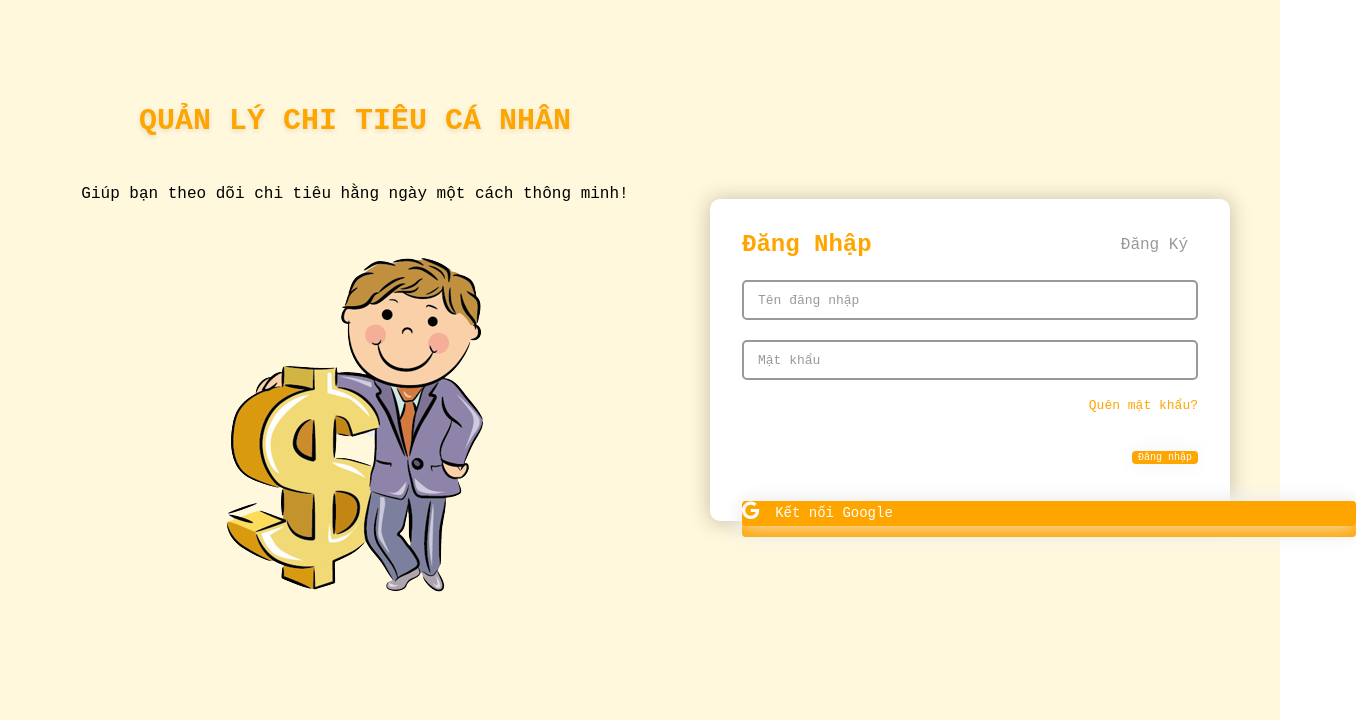
Repository: ximvhs/sochitieu
Page: html/start.html
The author's editor kept a copy of each file at every save. The page is drawn from the files as they stood at one save, then again after the next save.
The browser window is 1280 px wide. The page is 1356 px wide, then 1280 px, so the pictures cover 1356 px, including what lies to the right of the window. The pictures show the whole page.
Some web fonts or font styles are not loaded; a fallback is used.

Above is the page before, as saved 2023-04-06 17:26:24.

### html/start.html
<!DOCTYPE html>
<html lang="en">
<head>
    <meta charset="UTF-8">
    <meta name="viewport" content="width=device-width, initial-scale=1.0">
    <title>Đăng nhập</title>
    <link rel="stylesheet" href="/assets/css/login.css">
    <link rel="stylesheet" href="/assets/css/grid.css">
    <link rel="stylesheet" href="/assets/css/resets.css">
    <link rel="stylesheet" href="/assets/css/responsive.css">
    <link rel="stylesheet" href="/assets/css/base.css">
    <link rel="stylesheet" href="https://fonts.googleapis.com/css2?family=Material+Symbols+Outlined:opsz,wght,FILL,GRAD@20..48,100..700,0..1,-50..200" />
    <link rel="preconnect" href="https://fonts.googleapis.com">
    <link rel="preconnect" href="https://fonts.gstatic.com" crossorigin>
    <link href="https://fonts.googleapis.com/css2?family=Dongle:wght@700&display=swap" rel="stylesheet">
    <link rel="preconnect" href="https://fonts.gstatic.com">
    <link href="https://fonts.googleapis.com/css2?family=Open+Sans:ital,wght@0,400;0,600;0,700;0,800;1,400&display=swap"
    rel="stylesheet">
    <link rel="stylesheet" href="https://cdnjs.cloudflare.com/ajax/libs/font-awesome/6.4.0/css/all.min.css" integrity="sha512-iecdLmaskl7CVkqkXNQ/ZH/XLlvWZOJyj7Yy7tcenmpD1ypASozpmT/E0iPtmFIB46ZmdtAc9eNBvH0H/ZpiBw==" crossorigin="anonymous" referrerpolicy="no-referrer" />
</head>
<body>
    <form action="">
        <div class="modal js-show_login">
                <div class="modal__body">
                    <div class="auth-form--left">
                        <H1>QUẢN LÝ CHI TIÊU CÁ NHÂN</H1>
                        <p>Giúp bạn theo dõi chi tiêu hằng ngày một cách thông minh!</p>
                        <img src="/img/logo-login.png" alt="">
                    </div>
                    <div class="auth-form--right js-auth-form">
                        <div class="auth-form__container">
                            <div class="auth-form__header">
                                <h3 class="auth-form__heading">Đăng Nhập</h3>
                                <span class="auth-form__switch-btn js-register">Đăng Ký</span>
                            </div>

                            <div class="auth-form__form">
                                <div class="auth-form__group">
                                    <input type="text" id="emaillogin" class="auth-form__input" required placeholder=" ">
                                    <div class="form-label">Tên đăng nhập</div>
                                </div>
                                <div class="auth-form__group">
                                    <input type="password" id="passlogin" class="auth-form__input" required placeholder=" ">
                                    <div class="form-label">Mật khẩu</div>
                                </div>
                            </div>

                            <div class="auth-form__aside">
                                <p class="auth-form__policy-text">
                                    <a href="#" class="auth-form__text-link">Quên mật khẩu?</a>
                                </p>
                            </div>

                            <div class="auth-form__controls">
                                <button class="btn__login btn--normal btn--primary" id="btnlogin">Đăng nhập</button>
                            </div>

                            <div class="auth-form__socials">
                                <a href="#" class="auth-form__socials--facebook btn__login btn--size-s btn--with-icon">
                                    <i class="auth-form__socials-icon fab fa-facebook-square"></i>
                                    <span class="auth-form__socials-text">Kết nối Facebook</span>
                                </a>
                                <a href="#" class="auth-form__socials--google btn__login btn--size-s btn--with-icon">
                                    <i class="auth-form__socials-icon fab fa-google"></i>
                                    <span class="auth-form__socials-text">Kết nối Google</span>
                                </a>
                            </div>
                        </div>

                    </div>
                </div>
        </div>
    </form>

    <form action="">
        <div class="modal_register js-show_register">
                <div class="modal__body_register">
                     <div class="auth-form js-auth-form">
                        <div class="auth-form__container">
                            <div class="auth-form__header">
                                <h3 class="auth-form__heading">Đăng ký</h3>
                                <i class="fa-solid fa-xmark auth-form__heading--close js-close"></i>
                            </div>

                            <div class="auth-form__form">
                                <div class="auth-form__group">
                                    <input type="text" class="auth-form__input" required placeholder=" ">
                                    <div class="form-label">Họ và tên</div>
                                </div>
                                <div class="auth-form__group">
                                    <input type="date" class="auth-form__input" required placeholder=" ">
                                    <div class="form-label">Ngày sinh nhật</div>
                                </div>
                                <div class="auth-form__group_sex">
                                    <div class="list__sex">
                                        <div class="form-label">Nam</div>
                                        <input type="checkbox" class="auth-form__input-radio" required placeholder=" ">
                                    </div>
                                    <div class="list__sex">
                                        <div class="form-label">Nữ</div>
                                        <input type="checkbox" class="auth-form__input-radio" required placeholder=" ">
                                    </div>
                                </div>
                                <div class="auth-form__group">
                                    <input type="text" class="auth-form__input" required placeholder=" ">
                                    <div class="form-label">Tên đăng nhập</div>
                                </div>
                                <div class="auth-form__group">
                                    <input type="password" class="auth-form__input" required placeholder=" ">
                                    <div class="form-label">Mật khẩu</div>
                                </div>
                                <div class="auth-form__group">
                                    <input type="password" class="auth-form__input" required placeholder=" ">
                                    <div class="form-label">Nhập lại mật khẩu</div>
                                </div>
                            </div>

                            <div class="auth-form__aside">
                                <p class="auth-form__policy-text">
                                    Bằng việc đăng ký, bạn đã đồng ý với chúng tôi về
                                    <a href="#" class="auth-form__text-link">Điều khoản dịch vụ</a> &
                                    <a href="#" class="auth-form__text-link">Chính sách bảo mật</a>
                                </p>
                            </div>
                            <div class="auth-form__controls">
                                <button class="btn btn--normal btn--primary">ĐĂNG KÝ</button>
                            </div>
                        </div>

                    </div>
                </div>
        </div>
    </form>

   <script src="/js/start.js"></script>
</body>

</html>

### assets/css/login.css
.modal {
    background-color: var(--primary-color);
    height: 100vh;
}

.modal__body {
    height: 100vh;
    display: flex;
    justify-content: space-between;
    align-items: center;

}

.auth-form--left {
    height: 100vh;
    display: flex;
    justify-content: center;
    align-items: center;
    flex-direction: column;
    flex: 1;
}

.auth-form--left h1 {
    width: 100%;
    text-align: center;
    padding: 0;
    margin-top: 32px;
    font-size: 30px;
    color: var(--secondary-color);
    text-shadow: 0 2px 5px #33333323;
}

.auth-form--left p {
    width: 100%;
    text-align: center;
    padding: 0;
    margin-top: 32px;
    font-size: 16px;
    /* color: var(--secondary-color);
    text-shadow: 0 2px 5px #33333323; */
}



/* modal */
.itemhd button {
    height: 35px;
    width: 90px;
    margin-left: 10px;
    cursor: pointer;
    background-color: var(--secondary-color);
    border: none;
    border-radius: var(--border-box);
    padding: 5px;
    color: white;
    font-size: 14px;
    font-weight: 700;
}

.itemhd button:hover {
    opacity: 0.8;
}

.auth-form--right {
    margin-right: 50px ;
    width: 520px;
    background-color: white;
    border-radius: 10px;
    overflow: hidden;
    min-width: 40px;
    box-shadow: 0 1px 20px 2px rgb(0 0 0 / 20%);
}

.auth-form__container {
    padding: 12px  32px 20px 32px;
}

.auth-form__header {
    display: flex;
    justify-content: space-between;
    align-items: center;
}

.auth-form__heading {
    font-size: 24px;
    color: var(--secondary-color);
}

.auth-form__switch-btn {
    font-size: 16px;
    padding: 10px;
    color: var(--border-color);
}

.auth-form__switch-btn:hover {
    cursor: pointer;
    opacity: 0.7;
}

.auth-form__form input {
    width: 100%;
    height: 40px;
    padding: 12px;
    margin-bottom: 20px;
    border: solid 2px var(--border-color);
    outline: none;
    transition: all 0.5s ease;
    border-radius: 5px;
}

.auth-form__form input:focus {
    border: solid 2px var(--secondary-color);
}

.auth-form__group {
    position: relative;
}


.auth-form__group .form-label {
    position: absolute;
    font-size: 13px;
    color: var(--border-color);
    top: 35%;
    left: 16px;
    transform: translate(0,-50%);
    pointer-events: none;
    transition: all 0.3s ease;
    z-index: 1;
}

.auth-form__group .auth-form__input:not(:placeholder-shown) +.form-label,
.auth-form__group .auth-form__input:focus +.form-label {
    position: absolute;
    top: 0;
    left: 8px;
    display: inline-block;
    padding: 2px 10px;
    color: var(--secondary-color);
    font-size: 12px;
    z-index: 2;
    background-color: white;
}

.auth-form__text-link {
    text-decoration: none;
    color: var(--secondary-color);
}

.auth-form__text-link:hover {
    opacity: 0.7;
}


.auth-form__controls {
    display: flex;
    justify-content: right;
    height: 50px;
    width: 100%;
}

.auth-form__aside {
    float: right;
    margin: 10px 0 14px 0;
}

.auth-form__aside a:hover {
    color: var(--secondary-color);
    cursor: pointer;
}

.auth-form__policy-text {
    margin: -14px 0 20px 0;
    transition: all 0.3s ease;
}

.auth-form__controls .btn {
    width: 100%;
    height: 38px;
    letter-spacing: 2px;
    font-size: 14px;
    padding: 0 12px;
    border: none;
    border-radius: 3px;
    text-decoration: none;
    display: inline-flex;
    justify-content: center;
    align-items: center;
    cursor: pointer;
}

.auth-form__socials {
    width: 100%;
    display: flex;
    justify-content: space-between;

}

.auth-form__socials--facebook {
    width: 48%;
    height: 36px;
    display: flex;
    justify-content: center;
    align-items: center;
}

.auth-form__socials--google {
    width: 48%;
    display: flex;
    justify-content: center;
    align-items: center;
}

.auth-form__socials-icon {
    font-size: 18px;
    margin-right: 10px;
}

.auth-form__socials-text {
    font-size: 14px;
}

.modal_register {
    position: fixed;
    z-index: 3;
    background-color: rgba(0, 0, 0, 0.5);
    top: 0;
    bottom: 0;
    right: 0;
    left: 0;
    display: none;
    animation: fadeIn linear 0.1s;
    /* display: flex; */
}


.modal__body_register {
    position: relative;
    margin: auto;
}

.auth-form {
    width: 500px;
    background-color: white;
    border-radius: 5px;
    overflow: hidden;
    min-width: 20px;
    box-shadow: 0 0 12px rgb(0 0 0 / 70%);
    animation: Slide ease 0.5s;
}

.auth-form__group_sex {
    display: flex;
    /* justify-content:space-between; */
    align-items: center;
    margin-bottom: 4px ;
}

.auth-form__group_sex .list__sex .auth-form__input-radio {
    height: 20px;
    width: 20px;
    margin-bottom: 12px ;
}

.list__sex {
    display: flex;
    justify-content: center;
    align-items: center;
}

.list__sex:nth-child(1) {
    margin-left: 16px;
}

.list__sex:nth-child(2) {
    margin-left: 50px;
}

.js-show_register.open.modal_register {
    display: flex;
    justify-content: center;
    align-items: center;
    opacity: 1;
}

.auth-form__heading--close {
    font-size: 30px;
    color: var(--secondary-color);
    padding: 5px;
}

.auth-form__heading--close:hover {
    opacity: 0.7;
    cursor: pointer;
}

### assets/css/grid.css
.grid {
    width: 100%;
    display: block;
    padding: 0;
}

.grid.wide {
    max-width: 1200px;
    margin: 0 auto;
}

.row {
    display: flex;
    flex-wrap: wrap;
    margin-left: -4px;
    margin-right: -4px;
}

.row.no-gutters {
    margin-left: 0;
    margin-right: 0;
}

.col {
    padding-left: 4px;
    padding-right: 4px;
}

.row.no-gutters .col {
    padding-left: 0;
    padding-right: 0;
}

.c-0 {
    display: none;
}

.c-1 {
    flex: 0 0 8.33333%;
    max-width: 8.33333%;
}

.c-2 {
    flex: 0 0 16.66667%;
    max-width: 16.66667%;
}

.c-3 {
    flex: 0 0 25%;
    max-width: 25%;
}

.c-4 {
    flex: 0 0 33.33333%;
    max-width: 33.33333%;
}

.c-5 {
    flex: 0 0 41.66667%;
    max-width: 41.66667%;
}

.c-6 {
    flex: 0 0 50%;
    max-width: 50%;
}

.c-7 {
    flex: 0 0 58.33333%;
    max-width: 58.33333%;
}

.c-8 {
    flex: 0 0 66.66667%;
    max-width: 66.66667%;
}

.c-9 {
    flex: 0 0 75%;
    max-width: 75%;
}

.c-10 {
    flex: 0 0 83.33333%;
    max-width: 83.33333%;
}

.c-11 {
    flex: 0 0 91.66667%;
    max-width: 91.66667%;
}

.c-12 {
    flex: 0 0 100%;
    max-width: 100%;
}

.c-o-1 {
    margin-left: 8.33333%;
}

.c-o-2 {
    margin-left: 16.66667%;
}

.c-o-3 {
    margin-left: 25%;
}

.c-o-4 {
    margin-left: 33.33333%;
}

.c-o-5 {
    margin-left: 41.66667%;
}

.c-o-6 {
    margin-left: 50%;
}

.c-o-7 {
    margin-left: 58.33333%;
}

.c-o-8 {
    margin-left: 66.66667%;
}

.c-o-9 {
    margin-left: 75%;
}

.c-o-10 {
    margin-left: 83.33333%;
}

.c-o-11 {
    margin-left: 91.66667%;
}

/* >= Tablet */
@media (min-width: 740px) {
    .row {
        margin-left: -8px;
        margin-right: -8px;
    }

    .col {
        padding-left: 8px;
        padding-right: 8px;
    }

    .m-0 {
        display: none;
    }

    .m-1,
    .m-2,
    .m-3,
    .m-4,
    .m-5,
    .m-6,
    .m-7,
    .m-8,
    .m-9,
    .m-10,
    .m-11,
    .m-12 {
        display: block;
    }

    .m-1 {
        flex: 0 0 8.33333%;
        max-width: 8.33333%;
    }

    .m-2 {
        flex: 0 0 16.66667%;
        max-width: 16.66667%;
    }

    .m-3 {
        flex: 0 0 25%;
        max-width: 25%;
    }

    .m-4 {
        flex: 0 0 33.33333%;
        max-width: 33.33333%;
    }

    .m-5 {
        flex: 0 0 41.66667%;
        max-width: 41.66667%;
    }

    .m-6 {
        flex: 0 0 50%;
        max-width: 50%;
    }

    .m-7 {
        flex: 0 0 58.33333%;
        max-width: 58.33333%;
    }

    .m-8 {
        flex: 0 0 66.66667%;
        max-width: 66.66667%;
    }

    .m-9 {
        flex: 0 0 75%;
        max-width: 75%;
    }

    .m-10 {
        flex: 0 0 83.33333%;
        max-width: 83.33333%;
    }

    .m-11 {
        flex: 0 0 91.66667%;
        max-width: 91.66667%;
    }

    .m-12 {
        flex: 0 0 100%;
        max-width: 100%;
    }

    .m-o-1 {
        margin-left: 8.33333%;
    }

    .m-o-2 {
        margin-left: 16.66667%;
    }

    .m-o-3 {
        margin-left: 25%;
    }

    .m-o-4 {
        margin-left: 33.33333%;
    }

    .m-o-5 {
        margin-left: 41.66667%;
    }

    .m-o-6 {
        margin-left: 50%;
    }

    .m-o-7 {
        margin-left: 58.33333%;
    }

    .m-o-8 {
        margin-left: 66.66667%;
    }

    .m-o-9 {
        margin-left: 75%;
    }

    .m-o-10 {
        margin-left: 83.33333%;
    }

    .m-o-11 {
        margin-left: 91.66667%;
    }
}

/* PC medium resolution > */
@media (min-width: 1113px) {
    .row {
        margin-left: -12px;
        margin-right: -12px;
    }

    .row.sm-gutter {
        margin-left: -5px;
        margin-right: -5px;
    }

    .col {
        padding-left: 12px;
        padding-right: 12px;
    }

    .row.sm-gutter .col {
        padding-left: 5px;
        padding-right: 5px;
    }

    .l-0 {
        display: none;
    }

    .l-1,
    .l-2,
    .l-2-4,
    .l-3,
    .l-4,
    .l-5,
    .l-6,
    .l-7,
    .l-8,
    .l-9,
    .l-10,
    .l-11,
    .l-12 {
        display: block;
    }

    .l-1 {
        flex: 0 0 8.33333%;
        max-width: 8.33333%;
    }

    .l-2 {
        flex: 0 0 16.66667%;
        max-width: 16.66667%;
    }

    .l-2-4 {
        flex: 0 0 20%;
        max-width: 20%;
    }

    .l-3 {
        flex: 0 0 25%;
        max-width: 25%;
    }

    .l-4 {
        flex: 0 0 33.33333%;
        max-width: 33.33333%;
    }

    .l-5 {
        flex: 0 0 41.66667%;
        max-width: 41.66667%;
    }

    .l-6 {
        flex: 0 0 50%;
        max-width: 50%;
    }

    .l-7 {
        flex: 0 0 58.33333%;
        max-width: 58.33333%;
    }

    .l-8 {
        flex: 0 0 66.66667%;
        max-width: 66.66667%;
    }

    .l-9 {
        flex: 0 0 75%;
        max-width: 75%;
    }

    .l-10 {
        flex: 0 0 83.33333%;
        max-width: 83.33333%;
    }

    .l-11 {
        flex: 0 0 91.66667%;
        max-width: 91.66667%;
    }

    .l-12 {
        flex: 0 0 100%;
        max-width: 100%;
    }

    .l-o-1 {
        margin-left: 8.33333%;
    }

    .l-o-2 {
        margin-left: 16.66667%;
    }

    .l-o-3 {
        margin-left: 25%;
    }

    .l-o-4 {
        margin-left: 33.33333%;
    }

    .l-o-5 {
        margin-left: 41.66667%;
    }

    .l-o-6 {
        margin-left: 50%;
    }

    .l-o-7 {
        margin-left: 58.33333%;
    }

    .l-o-8 {
        margin-left: 66.66667%;
    }

    .l-o-9 {
        margin-left: 75%;
    }

    .l-o-10 {
        margin-left: 83.33333%;
    }

    .l-o-11 {
        margin-left: 91.66667%;
    }
}

/* Tablet - PC low resolution */
@media (min-width: 740px) and (max-width: 1023px) {
    .wide {
        width: 644px;
    }
}

/* > PC low resolution */
@media (min-width: 1024px) and (max-width: 1239px) {
    .wide {
        width: 984px;
    }

    .wide .row {
        margin-left: -12px;
        margin-right: -12px;
    }

    .wide .row.sm-gutter {
        margin-left: -5px;
        margin-right: -5px;
    }

    .wide .col {
        padding-left: 12px;
        padding-right: 12px;
    }

    .wide .row.sm-gutter .col {
        padding-left: 5px;
        padding-right: 5px;
    }

    .wide .l-0 {
        display: none;
    }

    .wide .l-1,
    .wide .l-2,
    .wide .l-2-4,
    .wide .l-3,
    .wide .l-4,
    .wide .l-5,
    .wide .l-6,
    .wide .l-7,
    .wide .l-8,
    .wide .l-9,
    .wide .l-10,
    .wide .l-11,
    .wide .l-12 {
        display: block;
    }

    .wide .l-1 {
        flex: 0 0 8.33333%;
        max-width: 8.33333%;
    }

    .wide .l-2 {
        flex: 0 0 16.66667%;
        max-width: 16.66667%;
    }

    .wide .l-2-4 {
        flex: 0 0 20%;
        max-width: 20%;
    }

    .wide .l-3 {
        flex: 0 0 25%;
        max-width: 25%;
    }

    .wide .l-4 {
        flex: 0 0 33.33333%;
        max-width: 33.33333%;
    }

    .wide .l-5 {
        flex: 0 0 41.66667%;
        max-width: 41.66667%;
    }

    .wide .l-6 {
        flex: 0 0 50%;
        max-width: 50%;
    }

    .wide .l-7 {
        flex: 0 0 58.33333%;
        max-width: 58.33333%;
    }

    .wide .l-8 {
        flex: 0 0 66.66667%;
        max-width: 66.66667%;
    }

    .wide .l-9 {
        flex: 0 0 75%;
        max-width: 75%;
    }

    .wide .l-10 {
        flex: 0 0 83.33333%;
        max-width: 83.33333%;
    }

    .wide .l-11 {
        flex: 0 0 91.66667%;
        max-width: 91.66667%;
    }

    .wide .l-12 {
        flex: 0 0 100%;
        max-width: 100%;
    }

    .wide .l-o-1 {
        margin-left: 8.33333%;
    }

    .wide .l-o-2 {
        margin-left: 16.66667%;
    }

    .wide .l-o-3 {
        margin-left: 25%;
    }

    .wide .l-o-4 {
        margin-left: 33.33333%;
    }

    .wide .l-o-5 {
        margin-left: 41.66667%;
    }

    .wide .l-o-6 {
        margin-left: 50%;
    }

    .wide .l-o-7 {
        margin-left: 58.33333%;
    }

    .wide .l-o-8 {
        margin-left: 66.66667%;
    }

    .wide .l-o-9 {
        margin-left: 75%;
    }

    .wide .l-o-10 {
        margin-left: 83.33333%;
    }

    .wide .l-o-11 {
        margin-left: 91.66667%;
    }
}

### assets/css/base.css
:root {
    --primary-color:cornsilk;
    --secondary-color:orange;
    --opacity-color:#f0f0f0;
    --white-color: white;
    --border-color:#999;


    --border-box: 5px;
    --size-text: 16px;
    --size-title: 20px;
}

*{
    font-family: monospace;
    box-sizing: inherit;
    box-sizing: border-box;


}

html {
    line-height: 1.6rem;
    box-sizing: border-box;
    scroll-behavior: smooth;
}

body {
    margin: 0;
}

a {
    color: var(--text-color);
    text-decoration: none;
}

ul {
    padding-left: 0;
}

i {
    display: block;
}

li {
    list-style: none;
}

.btn {
    /* position: absolute;
    display: inline-block; */
    background-color: var(--secondary-color);
    background-size: 200% auto;
    color: var(--white-color);
    box-shadow: 0 0 20px var(--opacity-color);
    font-size: 10px;
    border: none;
    outline: none;
    cursor: pointer;
    border-radius: 4px;
    transition: all 0.2s ease-in;
}

.btn__login {
    position: absolute;
    display: inline-block;
    background-color: var(--secondary-color);
    background-size: 200% auto;
    color: var(--white-color);
    box-shadow: 0 0 20px var(--opacity-color);
    font-size: 10px;
    border: none;
    outline: none;
    cursor: pointer;
    border-radius: 4px;
    transition: all 0.2s ease-in;
}


.btn:hover {
    background-position: right center;
    opacity: 0.8;
    text-decoration: none;
}


/* animation */
@keyframes Slide {
    from {
        opacity: 0;
        transform: translateY(-150px);
    }
    to {
        opacity: 1;
        transform: translateY(0);
    }
}

### js/start.js
const regBtns = document.querySelectorAll('.js-register')
const modal = document.querySelector('.js-show_register')
function showModal() {
    modal.classList.add('open')
    modal1.classList.remove('open')
}
for (const regBtn of regBtns) {
    regBtn.addEventListener('click', showModal)
}





// close register
const closeBtn = document.querySelector('.js-close')
function hideBtn(){
    modal.classList.remove('open')
}
closeBtn.addEventListener('click', hideBtn)


// close when click outward
const authForms = document.querySelectorAll('.js-auth-form')
modal.addEventListener('click', hideBtn)
for (const authForm of authForms ) {
    authForm.addEventListener('click', function (event) {
        event.stopPropagation()
    })
}

const tk=document.getElementById("emaillogin")
const btnLogin=document.querySelector('#btnlogin')
const mk=document.getElementById("passlogin")
btnLogin.addEventListener('click',function(){
    if(tk.value=="ximvhs26092002@gmail.com"){
        if(mk.value=="e"){
            windows.location.href="/html/index.html"
            // window.location.href="https://www.facebook.com/ximvhs"
        }
    } else{
        alert('Tài khoản hoặc mặt khẩu của bạn bị sai')
    }
})

Loaded but not shown: assets/css/resets.css (no stored copy; drawn as an empty file); assets/css/responsive.css (no stored copy; drawn as an empty file)

After the next save:
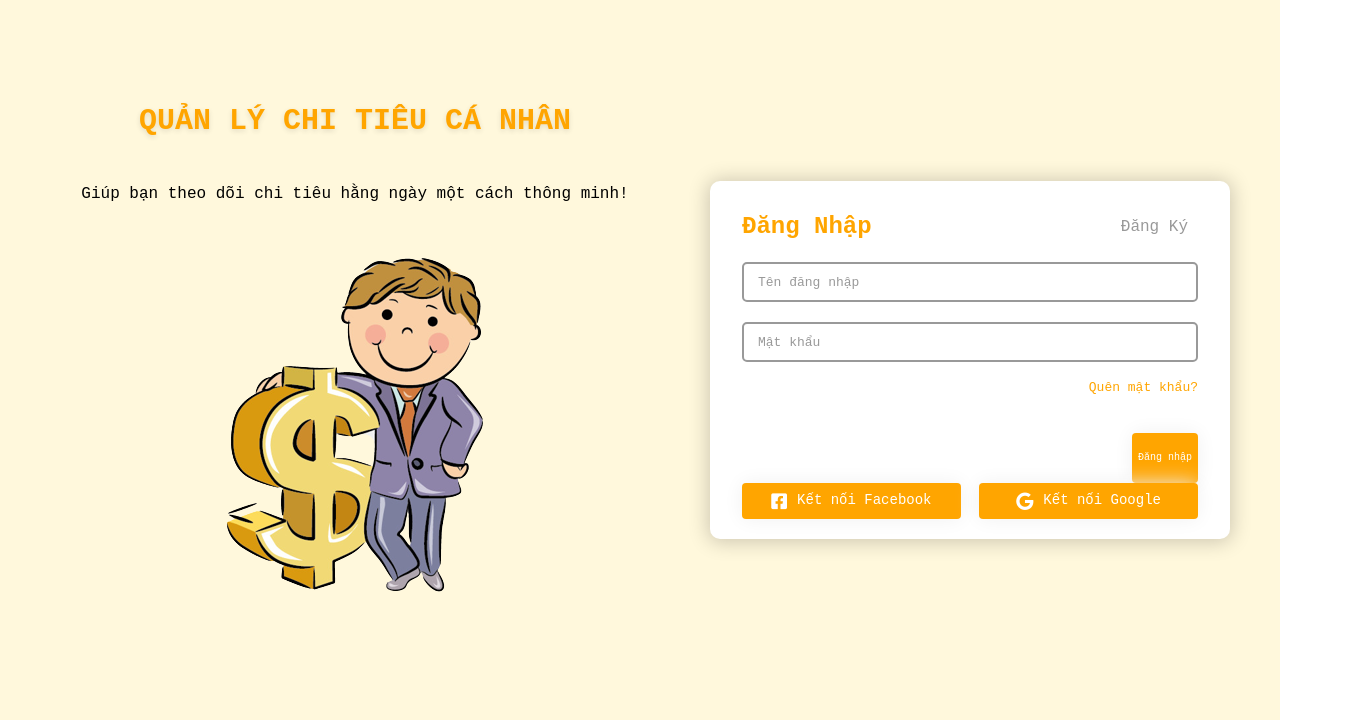
Saved 8 s later.
--- a/assets/css/base.css
+++ b/assets/css/base.css
@@ -62,8 +62,8 @@ li {
 }
 
 .btn__login {
-    position: absolute;
-    display: inline-block;
+    /* position: absolute;
+    display: inline-block; */
     background-color: var(--secondary-color);
     background-size: 200% auto;
     color: var(--white-color);
